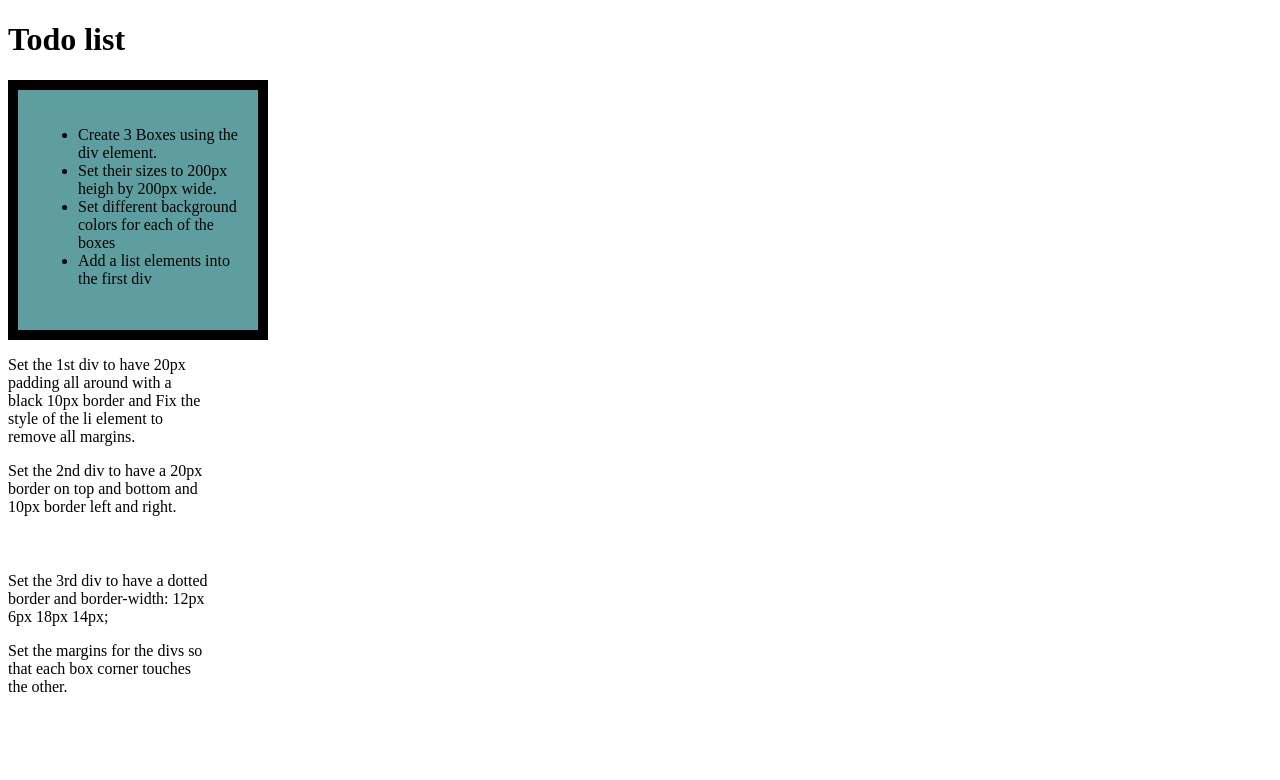
Repository: aniatot/CSS_KT
Page: 1 CSS Box Model/index.html
These files come from the project's save history. The page is drawn as it stood at one moment and after the next save; the edit follows.
The browser window is 1280 px wide. The pictures show the whole page.

Above is the page before, as saved 2023-10-20 10:10:45.

After the next save:
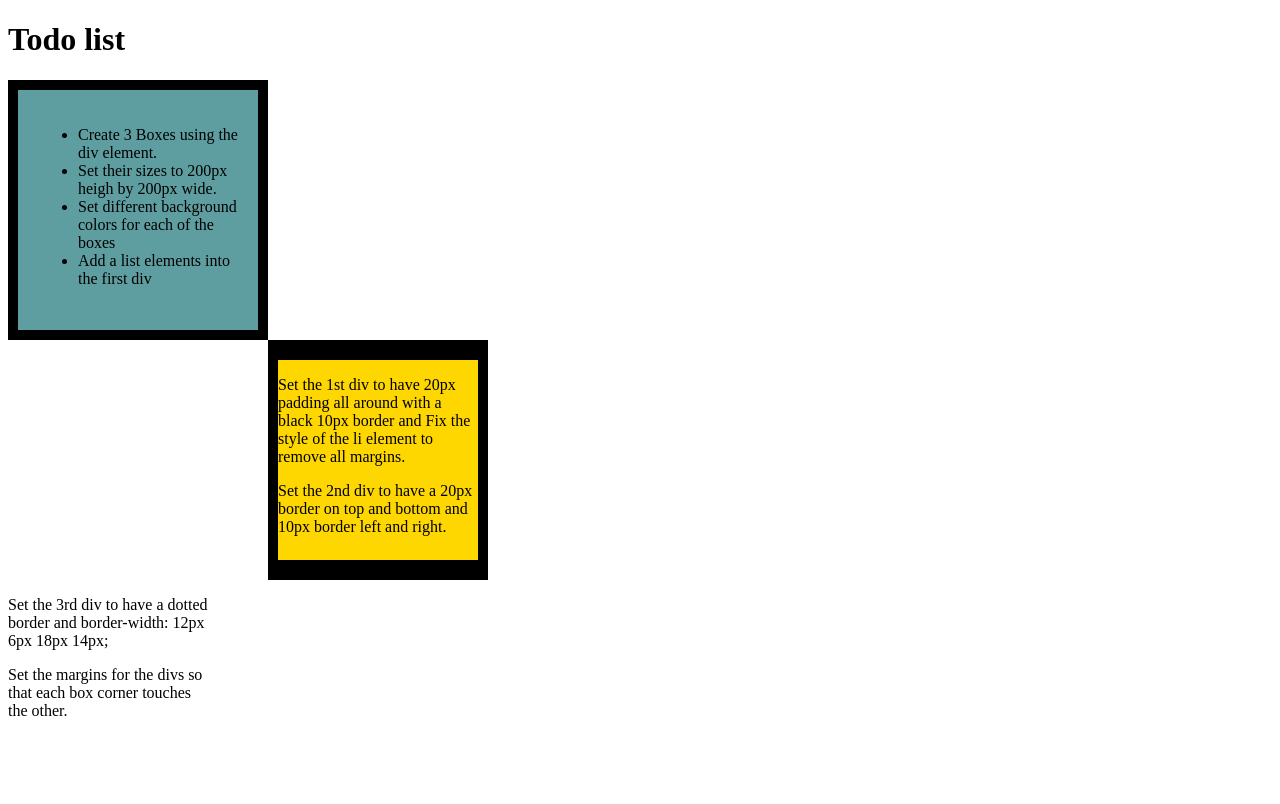
Saved 2 min 7 s later.
--- a/1 CSS Box Model/index.html
+++ b/1 CSS Box Model/index.html
@@ -21,12 +21,12 @@
       border: 10px solid black;
     }
 
-/*     #second {
+    #second {
       background-color: gold;
       border: solid black;
       border-width: 20px 10px;
       margin-left: 260px;
-    } */
+    }
 
 /*     #third {
       background-color: indianred;
